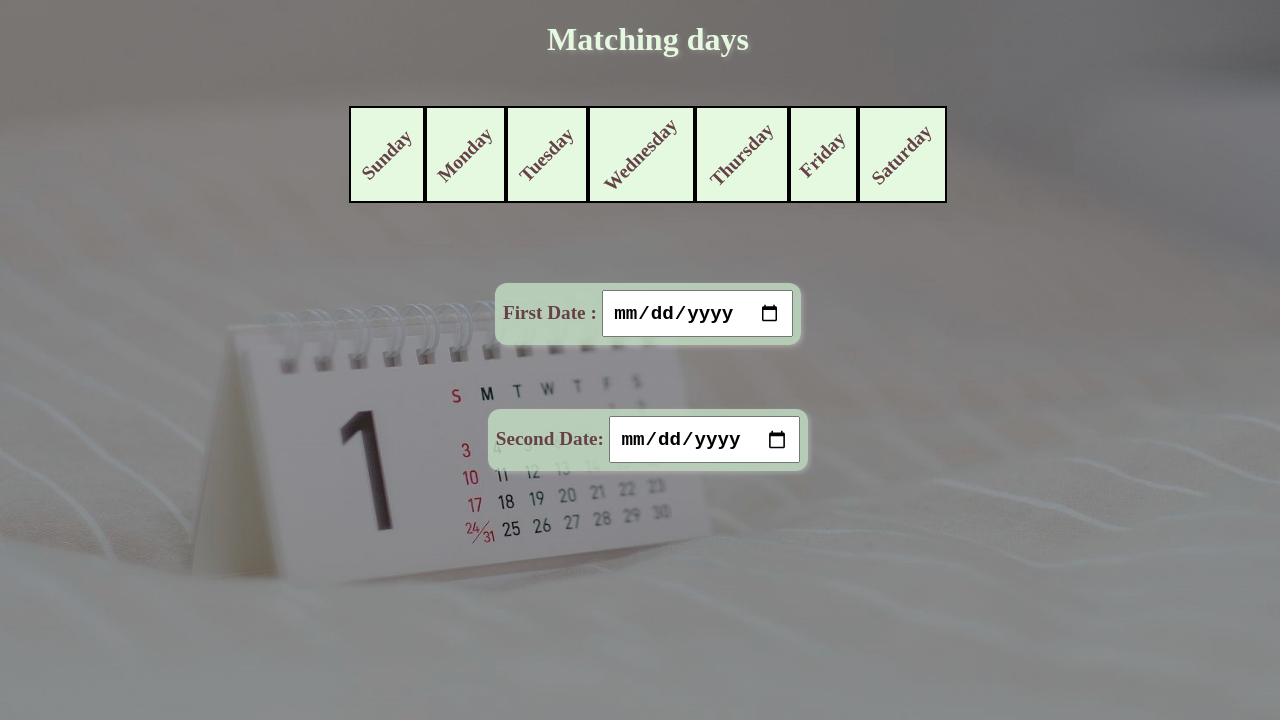
Repository: lasity34/matching-days
Page: index.html
The author's editor kept a copy of each file at every save. The page is drawn from the files as they stood at one save, then again after the next save.
The browser window is 1280 px wide. The page is 1288 px wide, so the pictures cover 1288 px, including what lies to the right of the window. The pictures show the whole page.
Some web fonts or font styles are not loaded; a fallback is used. Some web libraries are served in a nearby version.

Above is the page before, as saved 2023-05-11 09:54:55.

### index.html
<!DOCTYPE html>
<html lang="en">
<head>
    <meta charset="UTF-8">
    <meta http-equiv="X-UA-Compatible" content="IE=edge">
    <meta name="viewport" content="width=device-width, initial-scale=1.0">
    <title>Matching days</title>
    <link rel="preconnect" href="https://fonts.googleapis.com">
<link rel="preconnect" href="https://fonts.gstatic.com" crossorigin>
<link href="https://fonts.googleapis.com/css2?family=Battambang:wght@300;400;700&display=swap" rel="stylesheet">
    <link rel="stylesheet" href="style.css" >
    <script src="https://cdnjs.cloudflare.com/ajax/libs/handlebars.js/4.0.11/handlebars.min.js"></script>
    <script type="text/x-template" id="days_template">
        {{#each different_days}}
        <div class="day_box {{#if selected}} {{selected}} {{/if}}"><p class="day_text">{{day}}</p></div>
        {{/each}}
    </script>
</head>
<body>

    <h1>Matching days</h1>
    <section class="days_container">

    </section>
    <section class="date_input_container">
        <div class="input_box">

            <label for="first_date">First Date :</label>
            <input type="date" id="first_date" name="first_date" />
        </div>
        <div class="input_box">

            <label for="second_date">Second Date:</label>
            <input type="date" id="second_date" name="second_date"/>
        </div>
    </section>


    <script src="./matching-days-factory.js" charset="utf-8"></script>

        <script src="/matching-days.js" charset="utf-8"></script>


</body>
</html>

### style.css

html {
    font-family: 'Battambang', cursive;
    background: url("./Images/background.jpg") no-repeat  center / 100% 100% fixed ;
    font-weight: 700;
    font-size: 16px;
    color: #664147
}

body {
    width: 100%;
}

h1 {
    text-align: center;
    text-shadow: 2px 2px 5px rgba(227, 223, 223, 0.3);
    color: #E5F9E0;
}
/* days display */
.days_container {
    display: flex;
    justify-content: center;
    margin: 3em auto;
    width: 100%;
}

.day_box {
    border: 2px solid black;
    padding: 1em 0.3em;
    background-color: #E5F9E0
}

.day_text {
    transform: rotate(-45deg);
    font-size: 1.2rem;
}

/* dates input */


.date_input_container {
    display: flex;
    flex-direction: column;
    align-items: center;
    justify-content: space-around;
    height: 35vh;
    font-size: 1.2rem;
}

input {
    font-size: 1.2rem;
    font-weight: 700;
    padding: 0.5em;
}

.input_box {
    background-color: rgba(196, 223, 196, 0.8);
    box-shadow: 2px 2px 5px rgba(245, 243, 243, 0.3);
    border-radius: 12px;
    padding: 0.4em;
}

.day1 {
    background-color: rgb(228, 65, 198);
}

.day2 {
    background-color: rgb(86, 97, 224);
}

.same_day

### matching-days-factory.js
function matching_days() {
  let first_date_value = 0;
  let second_date_value = 0;
  const daysOfWeek = [
    "Sunday",
    "Monday",
    "Tuesday",
    "Wednesday",
    "Thursday",
    "Friday",
    "Saturday",
  ];

  function set_date_value(input1, input2) {
    first_date_value = input1;
    second_date_value = input2;
  }

  function get_day_class(dateValue) {
    const date = new Date(dateValue);
    const dayOfWeek = daysOfWeek[date.getDay()];

    return dayOfWeek;
  }

  return {
    set_date_value,
    get_day_class,
  };
}

### matching-days.js
const first_date_input = document.querySelector("#first_date");
const second_date_input = document.querySelector("#second_date");
const days_data_display = document.querySelector(".days_container");
const daysOfWeek = [
  "Sunday",
  "Monday",
  "Tuesday",
  "Wednesday",
  "Thursday",
  "Friday",
  "Saturday",
];
const change_date = document.querySelector(".input_box")

const first_value = first_date_input.value

const daysInstance = matching_days();

function matching_days_update() {
  daysInstance.set_date_value(first_date_input.value, second_date_input.value);
  daysTemplate();
}

function daysTemplate() {
  const template_source = document.querySelector("#days_template").innerHTML;
  const days_template = Handlebars.compile(template_source);
  const days_data_display = document.querySelector(".days_container");

  const daysData = {
    different_days: daysOfWeek.map((day) => {
      let selectedClass = "";
      if ((day === daysInstance.get_day_class(first_date_input.value)) === (day === daysInstance.get_day_class(second_date_input.value))) {
        selectedClass = "same_day";
      } else if (day === daysInstance.get_day_class(first_date_input.value)) {
        selectedClass = "day1";
      } else if (day === daysInstance.get_day_class(second_date_input.value)) {
        selectedClass = "day2"
      }

      return { day, selected: selectedClass };
    }),
  };

  const daysDataHTML = days_template(daysData);

  days_data_display.innerHTML = daysDataHTML;
}

document.addEventListener("DOMContentLoaded", function () {
  daysTemplate();
});

change_date.addEventListener("change", matching_days_update);

After the next save:
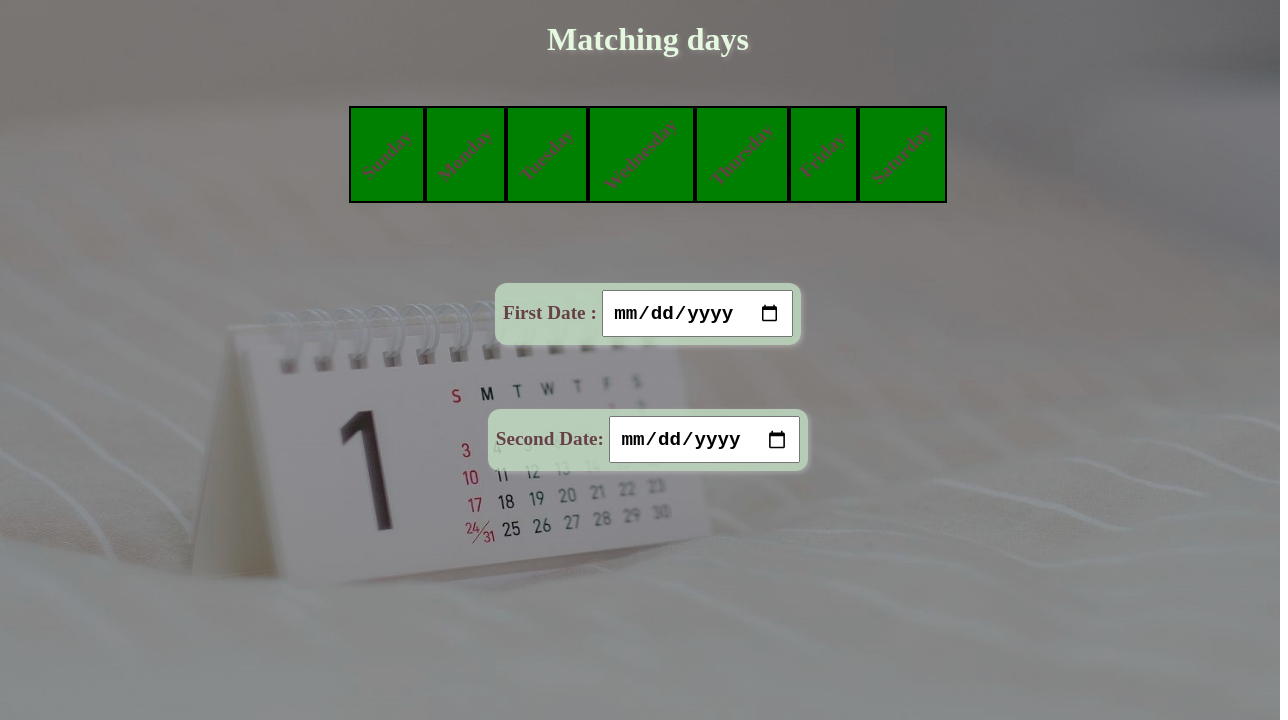
Saved 21 s later.
--- a/style.css
+++ b/style.css
@@ -68,4 +68,6 @@ input {
     background-color: rgb(86, 97, 224);
 }
 
-.same_day
+.same_day {
+    background-color: green;
+}

After the save that followed:
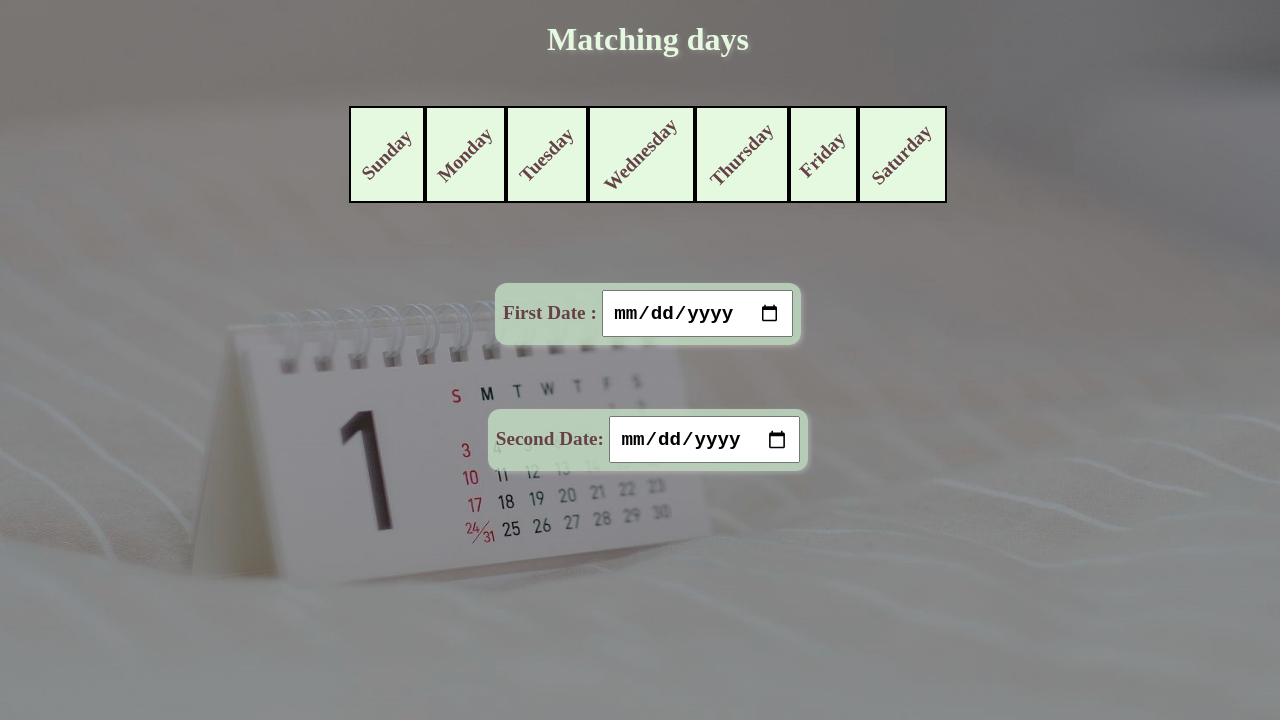
Saved 5 min 32 s later.
--- a/matching-days.js
+++ b/matching-days.js
@@ -29,7 +29,7 @@ function daysTemplate() {
   const daysData = {
     different_days: daysOfWeek.map((day) => {
       let selectedClass = "";
-      if ((day === daysInstance.get_day_class(first_date_input.value)) === (day === daysInstance.get_day_class(second_date_input.value))) {
+      if (day === daysInstance.get_day_class(first_date_input.value) && day === daysInstance.get_day_class(second_date_input.value)) {
         selectedClass = "same_day";
       } else if (day === daysInstance.get_day_class(first_date_input.value)) {
         selectedClass = "day1";
@@ -50,4 +50,5 @@ document.addEventListener("DOMContentLoaded", function () {
   daysTemplate();
 });
 
-change_date.addEventListener("change", matching_days_update);
+first_date_input.addEventListener("change", matching_days_update);
+second_date_input.addEventListener("change", matching_days_update);
